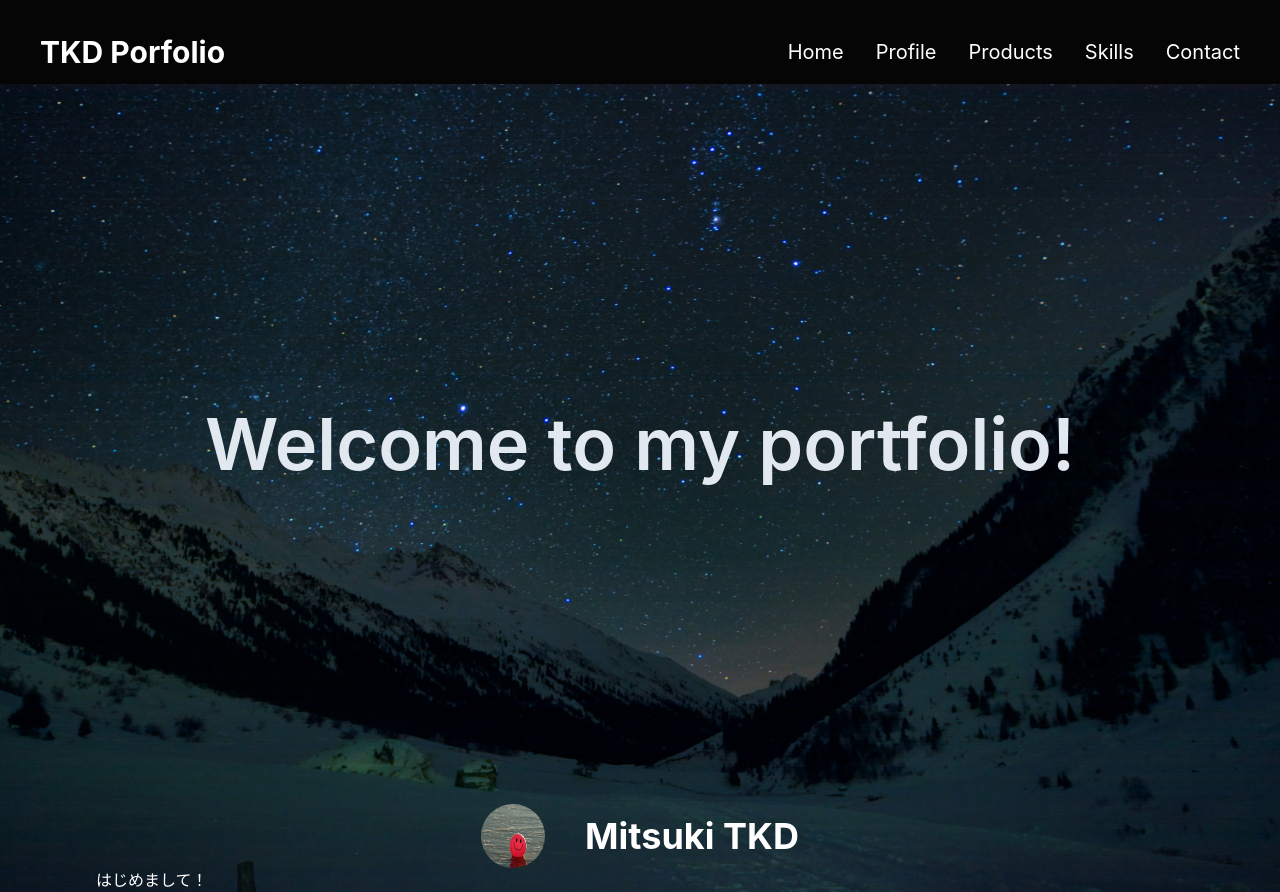
Repository: MitukiTakada/todo-aplication
Page: / (app in design/dev/react-tailwind/react-tailwind/)
The author's editor kept a copy of each file at every save. The page is drawn from the files as they stood at one save, then again after a run of saves.
The browser window is 1280 px wide. The pictures show the whole page.
The project was rebuilt for these pictures with package versions that can differ from the ones it lists, and the page was loaded fresh each time. Also part of the build but not shown: design/dev/react-tailwind/react-tailwind/src/components/Contact.jsx, design/dev/react-tailwind/react-tailwind/src/components/Products.jsx, design/dev/react-tailwind/react-tailwind/src/components/Profile.jsx, design/dev/react-tailwind/react-tailwind/src/components/Skills.jsx.

Above is the page before, as saved 2022-11-19 15:04:39.

After the next 2 saves:
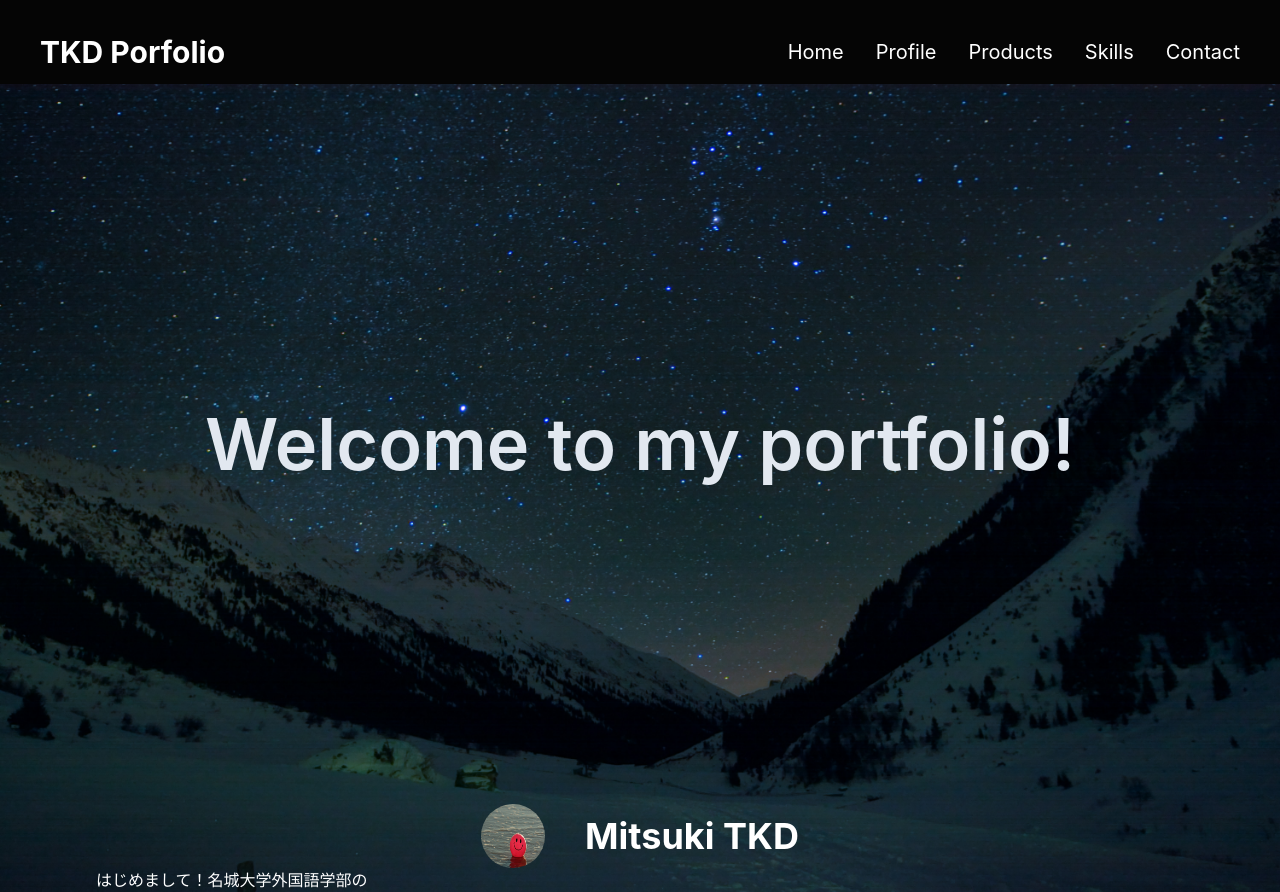
The 2 saves are shown as one change because they came seconds apart.
The last was saved 12 s later.
--- a/design/dev/react-tailwind/react-tailwind/src/components/Home.jsx
+++ b/design/dev/react-tailwind/react-tailwind/src/components/Home.jsx
@@ -16,7 +16,7 @@ const Home = () => {
         </div>
         <div>
           <p>
-            はじめまして！
+            はじめまして！名城大学外国語学部の
           </p>
           <p></p>
           <p></p>
